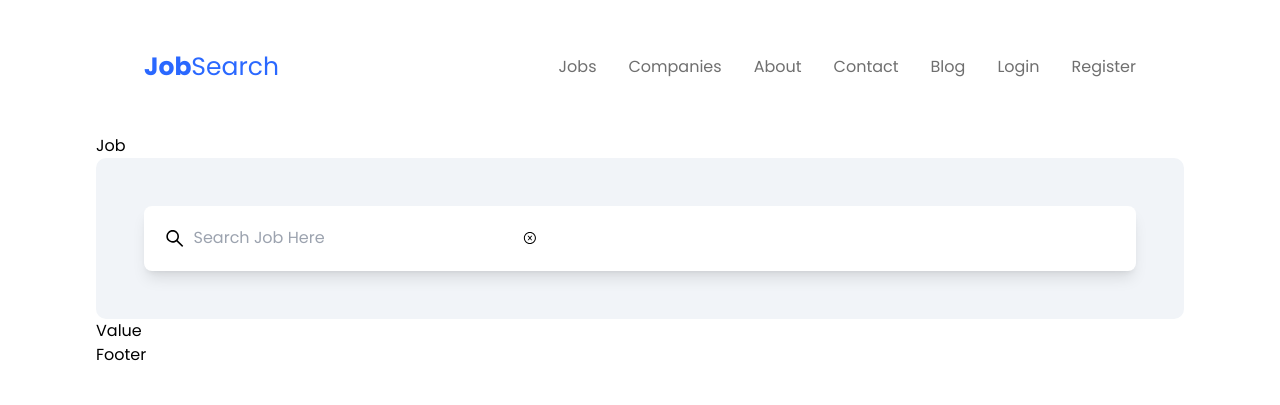
Repository: countaustin1990/Job-Search-website
Page: / (app in vite-project/)
These files come from the project's save history. The page is drawn as it stood at one moment and after the next save; the edit follows.
The browser window is 1280 px wide. The pictures show the whole page.
The project was rebuilt for these pictures with package versions that can differ from the ones it lists, and the page was loaded fresh each time. Also part of the build but not shown: vite-project/vite.config.js.

Above is the page before, as saved 2023-08-12 15:50:16.

### vite-project/index.html
<!doctype html>
<html lang="en">
  <head>
    <meta charset="UTF-8" />
    <link rel="icon" type="image/svg+xml" href="/vite.svg" />
    <meta name="viewport" content="width=device-width, initial-scale=1.0" />
    <title>Vite + React</title>
  </head>
  <body>
    <div id="root"></div>
    <script type="module" src="/src/main.jsx"></script>
  </body>
</html>

### vite-project/src/App.jsx
import NavBar from './components/NavBar'
import Job from './components/Job'
import Value from './components/Value'
import Search from './components/Search'
import Footer from './components/Footer'

const App = () => {
  return(
    <div className='w-[85%] m-auto bg-white'>
      <NavBar/>
      <Job/>
      <Search/>
      <Value/>
      <Footer/>
    </div>
  )
}



export default App

### vite-project/src/index.css
@import url("https://fonts.googleapis.com/css2?family=Poppins:wght@200;300;400;500;600;700;800;900&display=swap");

@tailwind base;
@tailwind components;
@tailwind utilities;

:root{
  font-family: 'Poppins', sans-serif;
}

body{
  background: white;
}

li{
  list-style: none;
  cursor: pointer;
  position: relative;
}

li:hover::before{
  position: absolute;
  content: '';
  height: 4px;
  width: 100%;
  background: #2a68ff;
  right: 0;
  bottom: -10px;
  color: #2a68ff;
}

.icon{
  cursor: pointer;
}

.card{
  background: #000;
}

### vite-project/src/components/NavBar.jsx


const NavBar = () => {
    return(
        <div className='navBar flex justify-between items-center p-[3rem]'>
            <div className="logoDiv">
                <h1 className='logo text-[25px] text-blueColor'>
                    <strong>Job</strong>Search
                </h1>
            </div>

            <div className="menu flex gap-8">
                <li className="menuList text-[#6f6f6f] hover:text-blueColor">Jobs</li>
                <li className="menuList text-[#6f6f6f] hover:text-blueColor">Companies</li>
                <li className="menuList text-[#6f6f6f] hover:text-blueColor">About</li>
                <li className="menuList text-[#6f6f6f] hover:text-blueColor">Contact</li>
                <li className="menuList text-[#6f6f6f] hover:text-blueColor">Blog</li>
                <li className="menuList text-[#6f6f6f] hover:text-blueColor">Login</li>
                <li className="menuList text-[#6f6f6f] hover:text-blueColor">Register</li>
            </div>

        </div>
    )
}

export default NavBar

### vite-project/src/components/Job.jsx


 const Job = () => {
    return(
        <div>Job</div>
    )
 }

 export default Job

### vite-project/src/components/Value.jsx


const Value = () => {
    return(
        <div>Value</div>
    )
}

export default Value

### vite-project/src/components/Search.jsx
import { AiOutlineCloseCircle, AiOutlineSearch } from 'react-icons/ai'

const Search = () => {
    return(
        <div className='SearchDiv grid gp-10 bg-greyIsh rounded-[10px] p-[3rem]'>
            <form action=''>
                <div className='firstDiv flex justified-between items-center rounded-[8px] gap-[10px] bg-white p-5 shadow-lg shadow-greyIsh-700'>
                    <div className='flex gap-2 items-center'>
                       <div className="flex gap-2 items-center">
                            <AiOutlineSearch className='text-[25px] icon'/>
                                <input type="text" className='bg-transparent text-blue-500 focus:outline-none w-[100%]' placeholder='Search Job Here'/>
                                    <AiOutlineCloseCircle className=''/>
                        </div>
                    </div>
                </div>
            </form>
        </div>
    )
}

export default Search

### vite-project/src/components/Footer.jsx


const Footer = () => {
    return(
        <div>Footer</div>
    )
}

export default Footer

### vite-project/tailwind.config.js
/** @type {import('tailwind').Config} */
export default {
  content: [
    "./index.html",
    "./src/**/*.{js,jsx}",
  ],
  theme: {
    extend: {
      colors: {
      'blueColor': '#2a68ff',
      'greyIsh': '#f1f4f8',
      'cardShadow': '#f7f8f9',
      'textColor': '#252b36',
      }
    },
  },
  plugins: [],
}

Loaded but not shown: vite-project/src/main.jsx (common file)

After the next save:
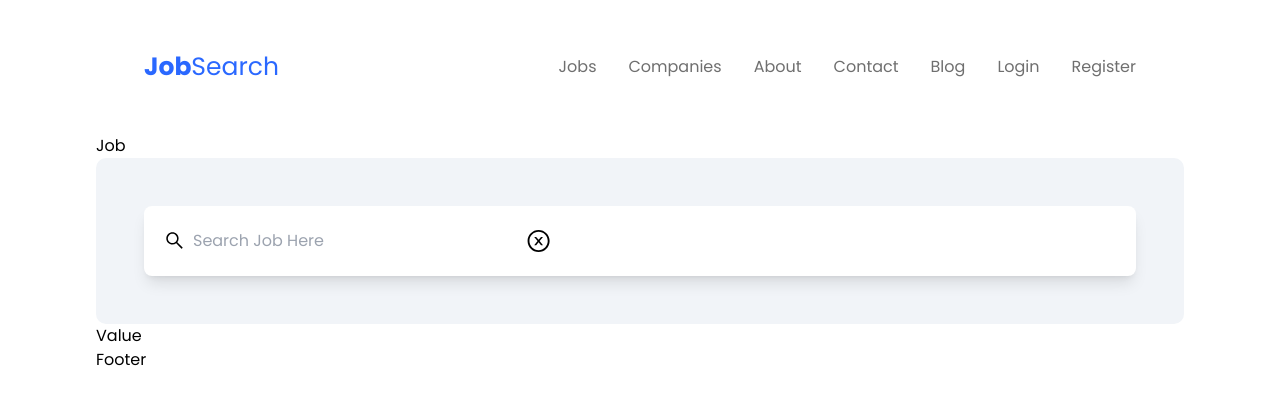
Saved 90 min 8 s later.
--- a/vite-project/src/components/Search.jsx
+++ b/vite-project/src/components/Search.jsx
@@ -9,7 +9,7 @@ const Search = () => {
                        <div className="flex gap-2 items-center">
                             <AiOutlineSearch className='text-[25px] icon'/>
                                 <input type="text" className='bg-transparent text-blue-500 focus:outline-none w-[100%]' placeholder='Search Job Here'/>
-                                    <AiOutlineCloseCircle className=''/>
+                                    <AiOutlineCloseCircle className='text-[30px] text-[#a5a6a6 hover:text-textColor icon'/>
                         </div>
                     </div>
                 </div>
